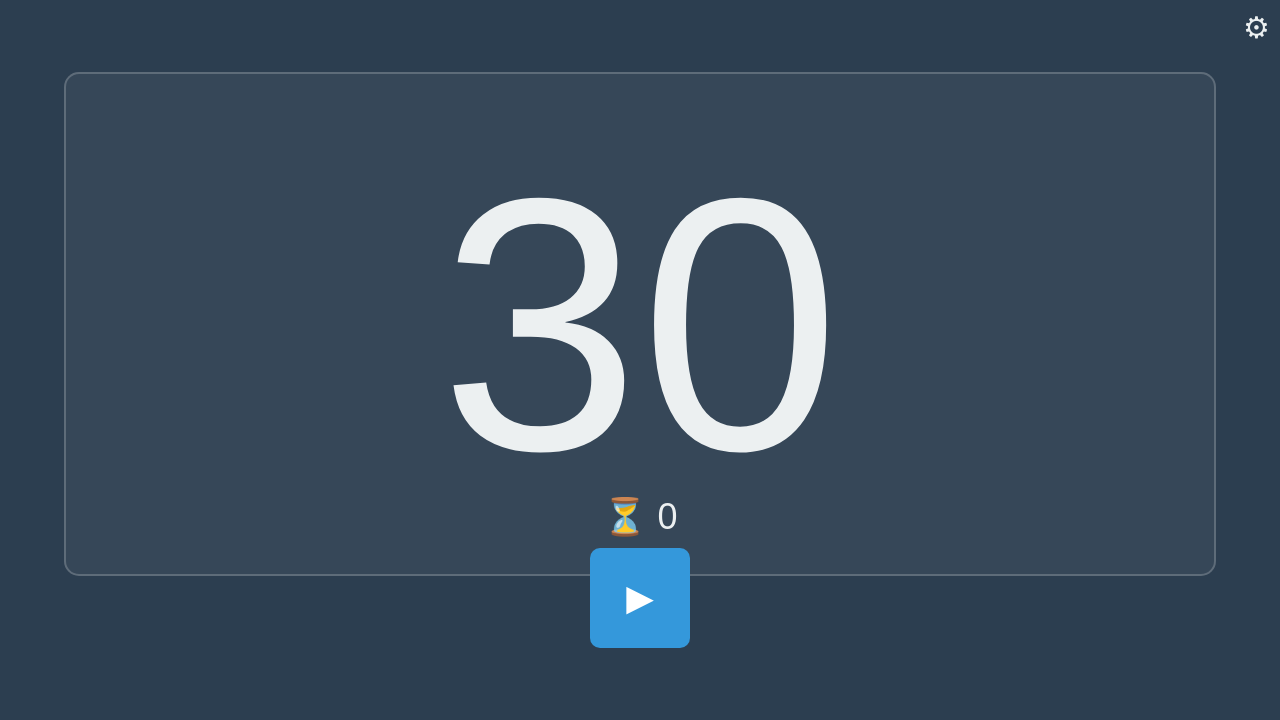
Repository: STnaidoo/poker-shot-clock
Page: index.html
The author's editor kept a copy of each file at every save. The page is drawn from the files as they stood at one save, then again after the next save.
The browser window is 1280 px wide. The pictures show the whole page.

Above is the page before, as saved 2024-10-31 17:17:16.

After the next save:
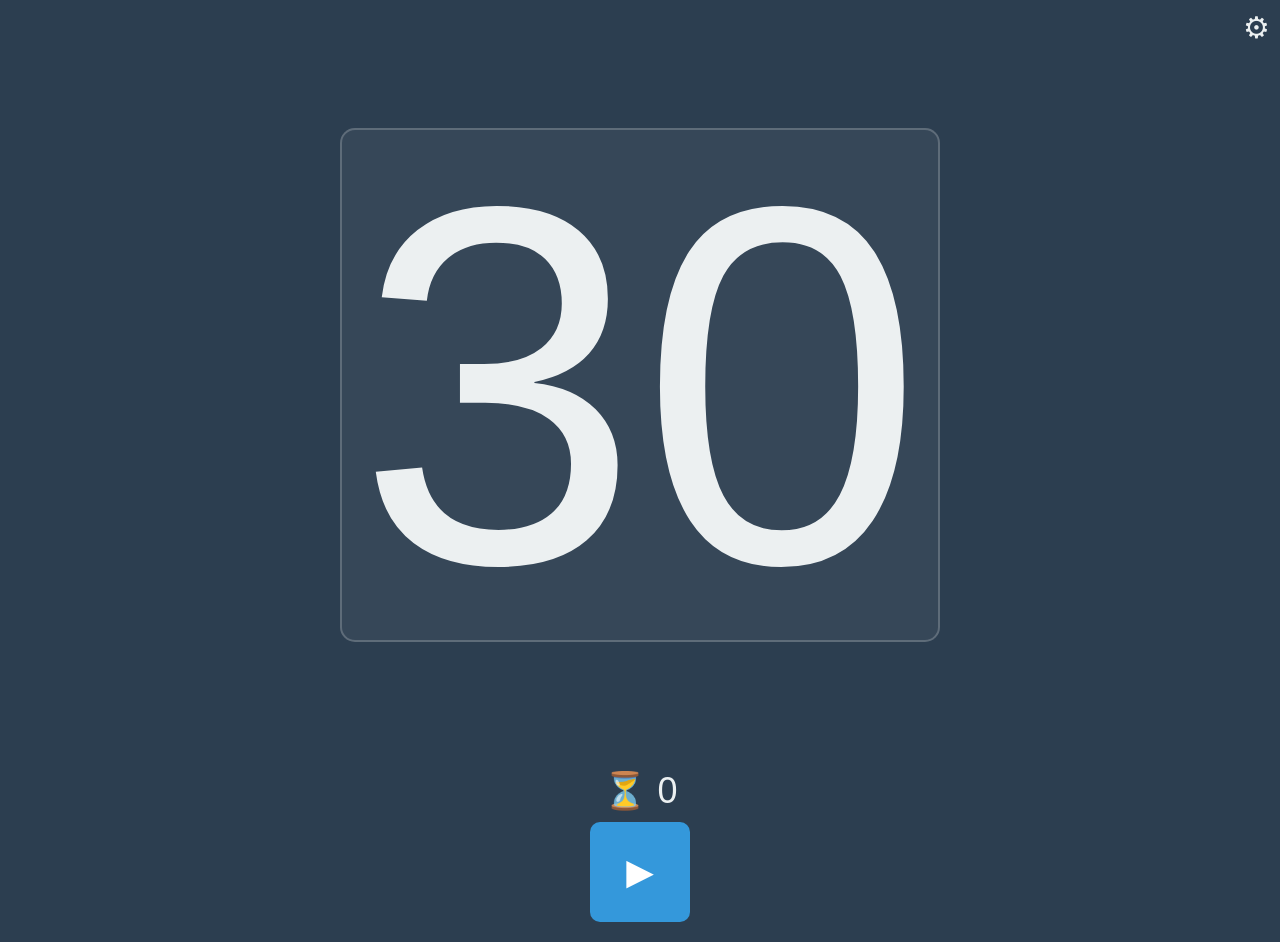
Saved 15 min 23 s later.
--- a/index.html
+++ b/index.html
@@ -4,16 +4,16 @@
     <title>Poker Shot Clock</title>
     <style>
         body {
-            position: relative;
+            display: flex;
+            flex-direction: column;
+            height: 100vh;
+            margin: 0;
             font-family: Arial, sans-serif;
             background-color: #2c3e50;
             color: #ecf0f1;
-            margin: 0;
-            padding: 0;
-            transition: background-color 0.5s;
             text-align: center;
-            height: 100vh;
             overflow: hidden; /* Prevent scrolling */
+            position: relative;
         }
 
         #settingsIcon {
@@ -26,31 +26,29 @@
         }
 
         #mainContent {
-            position: absolute;
-            top: 10%;
-            bottom: 20%;
-            left: 0;
-            right: 0;
-            display: flex;
-            justify-content: center;
-            align-items: center;
+            flex: 1;
+            display: flex;
+            align-items: center;
+            justify-content: center;
+            padding-top: 10%;
+            padding-bottom: 10%;
         }
 
         #timerContainer {
             position: relative;
             cursor: pointer;
             user-select: none;
-            padding: 0;
+            padding: 0 10px;
             border-radius: 15px;
             border: 2px solid rgba(255, 255, 255, 0.2);
             background-color: rgba(255, 255, 255, 0.05);
             transition: border-color 0.3s, background-color 0.3s;
             width: 90%;
-            height: 100%;
-            display: flex;
-            align-items: center;
-            justify-content: center;
+            max-width: 600px;
             box-sizing: border-box;
+            display: flex;
+            align-items: center;
+            justify-content: center;
         }
 
         #timerContainer:hover {
@@ -59,15 +57,15 @@
         }
 
         #timer {
-            font-size: 50vh; /* Adjusted font size */
+            font-size: 100px; /* Initial font size */
             line-height: 1;
             margin: 0;
+            padding: 0;
             color: #ecf0f1;
             transition: color 0.3s;
             text-align: center;
-            max-width: 100%;
+            white-space: nowrap;
             overflow: hidden;
-            white-space: nowrap;
             text-overflow: ellipsis;
         }
 
@@ -76,14 +74,12 @@
         }
 
         #bottomContent {
-            position: absolute;
-            bottom: 10%;
-            left: 0;
-            right: 0;
+            flex-shrink: 0;
+            padding-bottom: 20px;
             display: flex;
             flex-direction: column;
             align-items: center;
-            justify-content: center;
+            margin-top: auto; /* Push to bottom */
         }
 
         #timeBanks {
@@ -126,7 +122,7 @@
         /* Responsive adjustments for smaller screens */
         @media (max-width: 768px) {
             #timer {
-                font-size: 35vh;
+                font-size: 80px; /* Initial smaller font size */
             }
 
             #timeBanks {
@@ -186,7 +182,9 @@
             initialTime = 30; // default value
         }
         timeLeft = initialTime;
-        timerDisplay.textContent = timeLeft;
+
+        // Initialize timer display
+        updateTimerDisplay();
 
         toggleButton.addEventListener('click', function() {
             if (!isRunning) {
@@ -212,7 +210,7 @@
             timeLeft--;
 
             if (timeLeft >= 0) {
-                timerDisplay.textContent = timeLeft;
+                updateTimerDisplay();
             }
 
             if (timeLeft <= 5 && timeLeft >= 0) {
@@ -237,7 +235,7 @@
 
                 // Reset timer
                 timeLeft = initialTime;
-                timerDisplay.textContent = timeLeft;
+                updateTimerDisplay();
                 document.body.style.backgroundColor = '#2c3e50';
             }
         }
@@ -298,7 +296,7 @@
         function resetTimer() {
             clearInterval(timerId);
             timeLeft = initialTime;
-            timerDisplay.textContent = timeLeft;
+            updateTimerDisplay();
             document.body.style.backgroundColor = '#2c3e50'; // Reset background color
             playRestartSound(); // Play restart sound
             isRunning = true;
@@ -313,6 +311,37 @@
         function updateTimeBanksDisplay() {
             timeBanksText.textContent = timeBanksOwed;
         }
+
+        function updateTimerDisplay() {
+            timerDisplay.textContent = timeLeft;
+            adjustFontSize();
+        }
+
+        function adjustFontSize() {
+            // Reset font size to a large value
+            timerDisplay.style.fontSize = '1000px';
+            timerDisplay.style.lineHeight = '1';
+
+            // Get the parent container dimensions
+            var containerWidth = timerContainer.clientWidth - 20; // Subtract some padding
+            var containerHeight = timerContainer.clientHeight - 20;
+
+            // Reduce font size until it fits
+            var fontSize = 1000; // Start large
+            var timerWidth = timerDisplay.scrollWidth;
+            var timerHeight = timerDisplay.scrollHeight;
+
+            while ((timerWidth > containerWidth || timerHeight > containerHeight) && fontSize > 10) {
+                fontSize -= 10;
+                timerDisplay.style.fontSize = fontSize + 'px';
+                timerWidth = timerDisplay.scrollWidth;
+                timerHeight = timerDisplay.scrollHeight;
+            }
+        }
+
+        // Adjust font size on window resize
+        window.addEventListener('resize', adjustFontSize);
+
     </script>
 
 </body>
